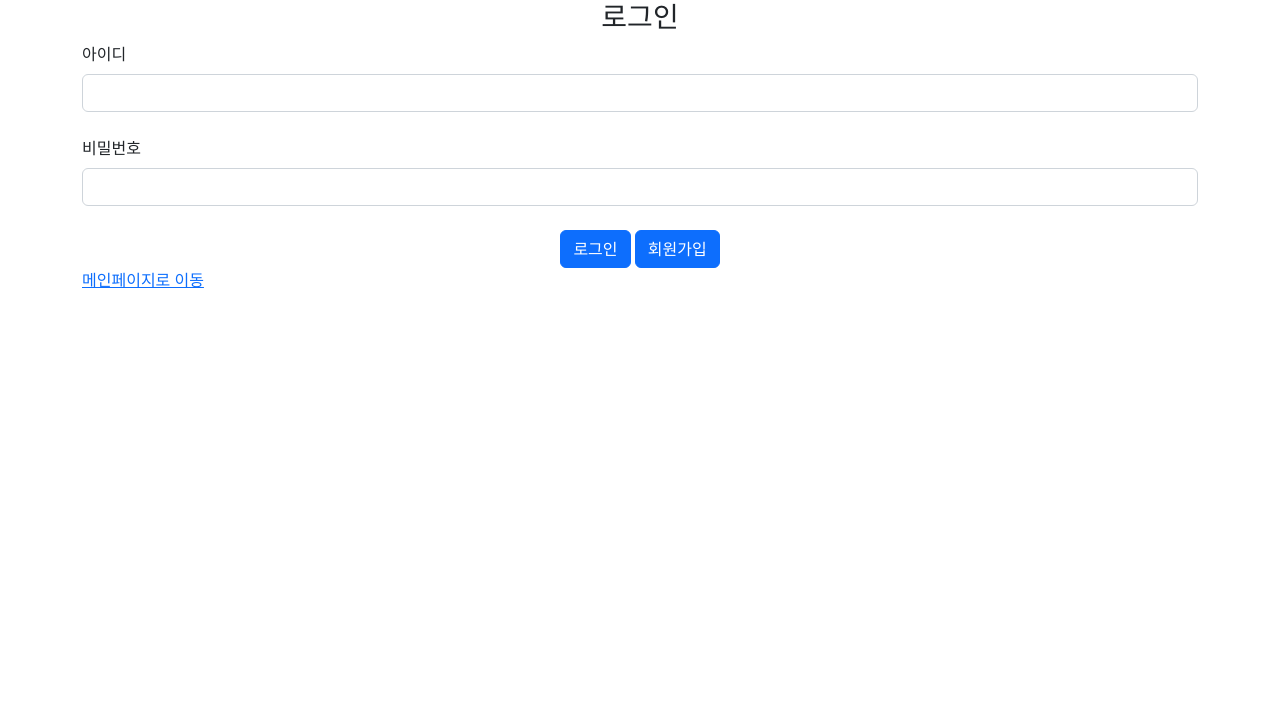
Repository: DNWissac/OJTphp
Page: http://localhost/view/signin.php
The author's editor kept a copy of each file at every save. The page is drawn from the files as they stood at one save, then again after the next save.
The browser window is 1280 px wide. The pictures show the whole page.
The page is run by PHP 8.4 with error messages shown; the project is at /var/www/html/.

Above is the page before, as saved 2022-08-05 08:37:10.

After the next save:
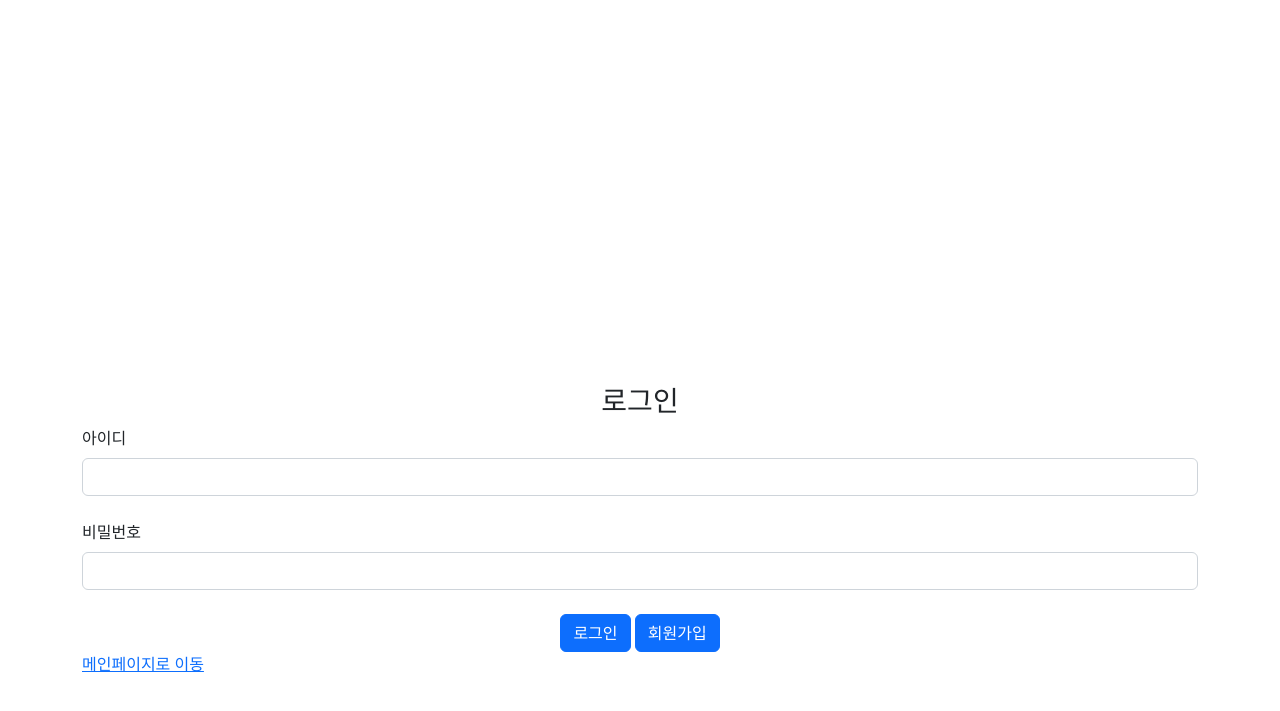
Saved 26 s later.
--- a/Board1/View/signin.php
+++ b/Board1/View/signin.php
@@ -13,6 +13,11 @@
     {
         text-align: center;
     }
+    .container
+    {
+        padding-top: 30%;
+    }
+
 </style>
 <title>로그인</title>
 
